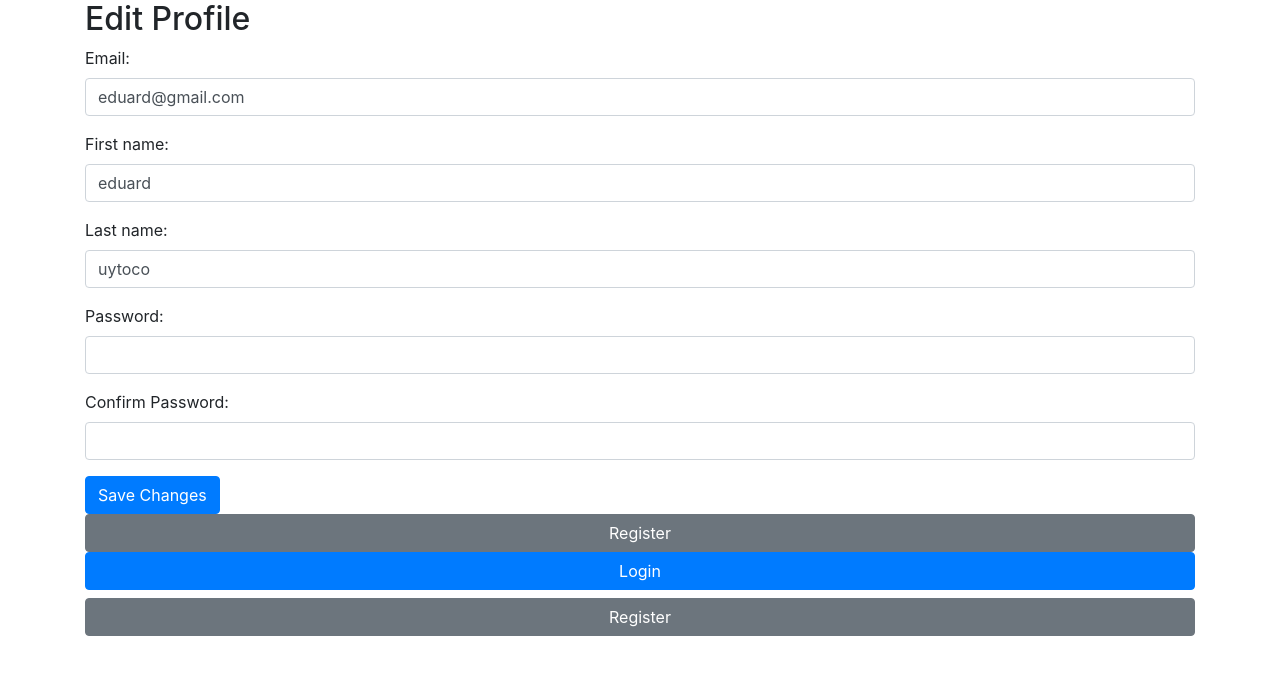
Repository: apps-eduard/TH_MONITORING_v1
Page: http://localhost/user_profile/edit-profile/
An editor plug-in stored every save of this project. The page is shown before and after a run of saves, followed by the edit.
The browser window is 1280 px wide. The pictures show the whole page.
Some web libraries are served in a nearby version. The page is served by the project's application, run on Django 5.2 (manage.py). The first stored user is signed in. The page reads the database file committed with the project.

Above is the page before, as saved 2024-03-26 14:14:12.

After the next 2 saves:
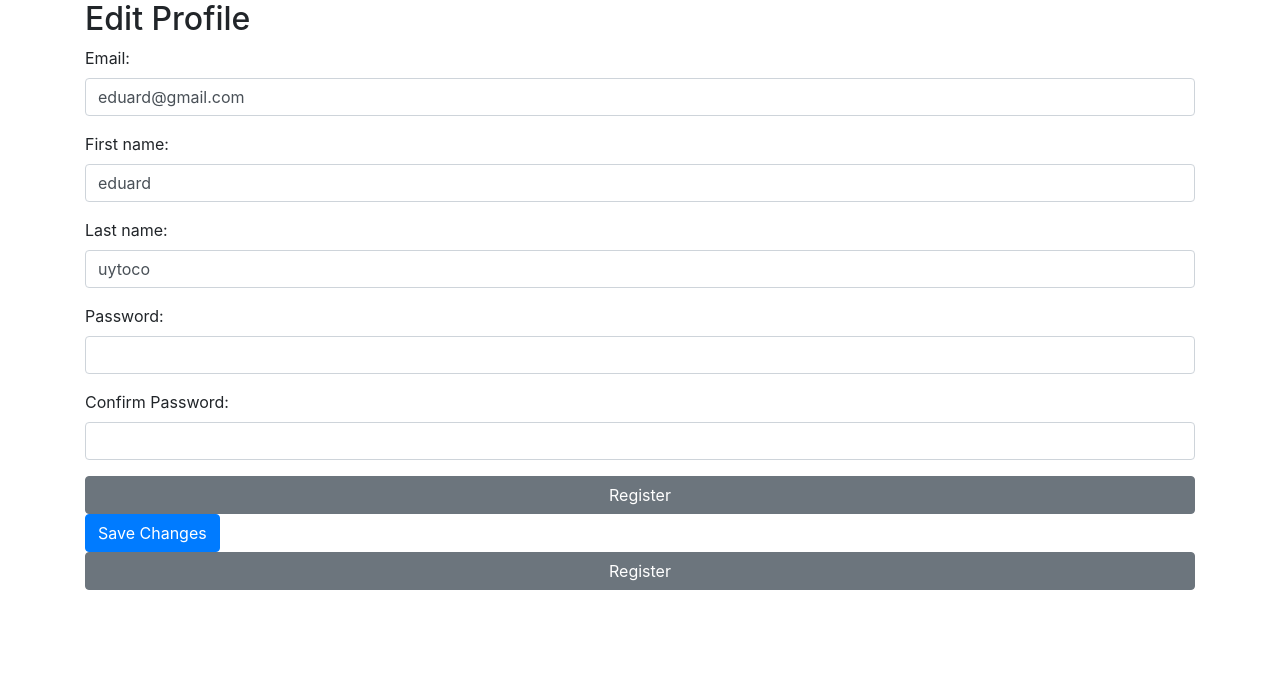
The 2 saves are shown as one change because they came seconds apart.
The last was saved 16 s later.
--- a/user_profile/templates/user_profile/edit_profile.html
+++ b/user_profile/templates/user_profile/edit_profile.html
@@ -7,11 +7,11 @@
     <form method="post">
         {% csrf_token %}
         {{ form.as_p }}
-        <button type="submit" class="btn btn-primary">Save Changes</button>
+
         <a href="{% url 'user_profile:register' %}" class="btn btn-secondary btn-block">Register</a>
 
         <div class="form-group">
-            <button type="submit" class="btn btn-primary btn-block">Login</button>
+            <button type="submit" class="btn btn-primary">Save Changes</button>
             <a href="{% url 'user_profile:register' %}" class="btn btn-secondary btn-block">Register</a>
         </div>
     </form>
